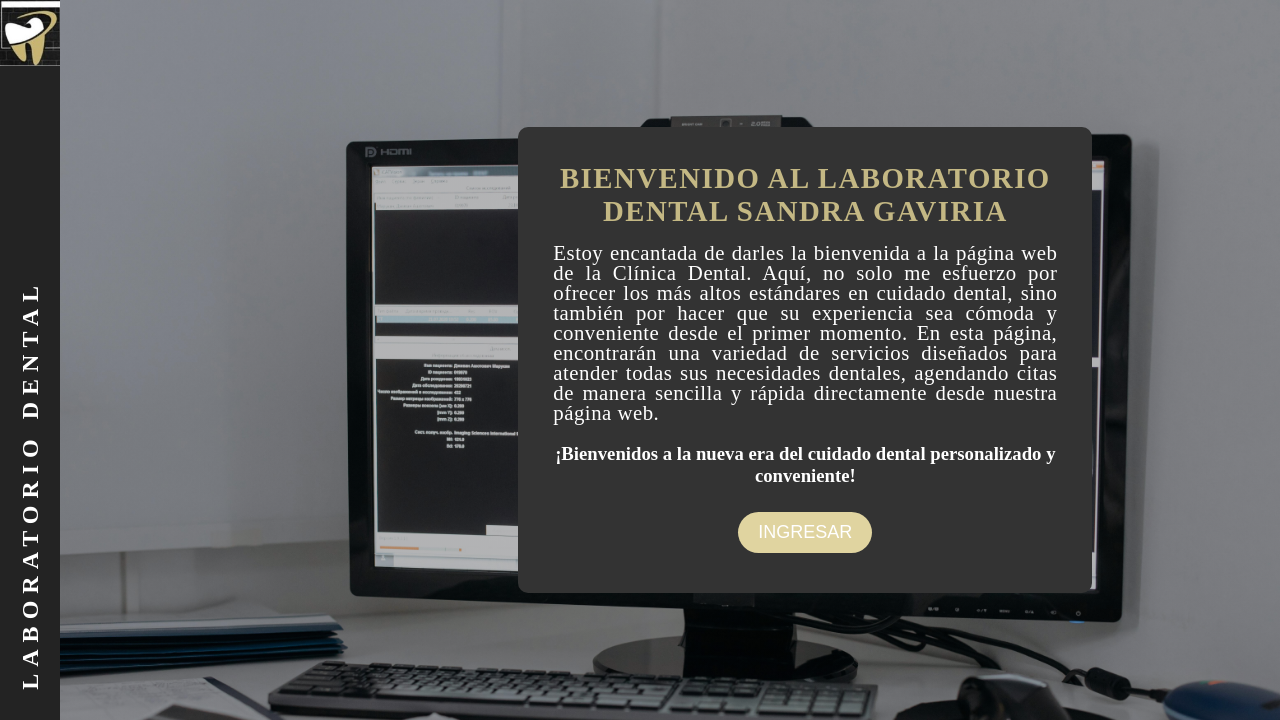
Repository: IIntef/ProyectoDental2.0
Page: Proyecto/Proyecto/Fer.html
The author's editor kept a copy of each file at every save. The page is drawn from the files as they stood at one save, then again after the next save.
The browser window is 1280 px wide. The pictures show the whole page.
The pointer rests on the first visible `button`.

Above is the page before, as saved 2024-06-14 17:45:39.

After the next save:
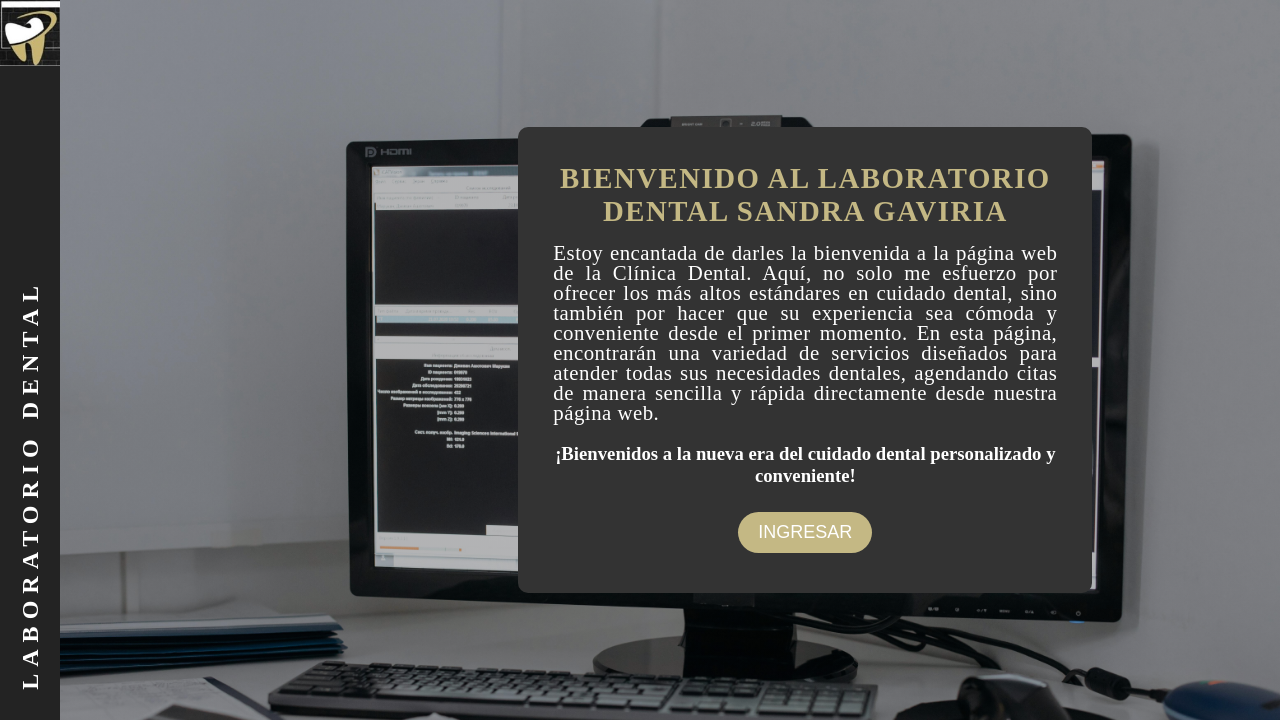
Saved 17 s later.
--- a/Proyecto/Proyecto/StyleFer.css
+++ b/Proyecto/Proyecto/StyleFer.css
@@ -100,5 +100,5 @@ button {
 }
 
 button:hover {
-    background-color: #e0d4a0; /* Cambia el color al pasar el cursor */
+    background-color: #c4b884; /* Cambia el color al pasar el cursor */
 }
